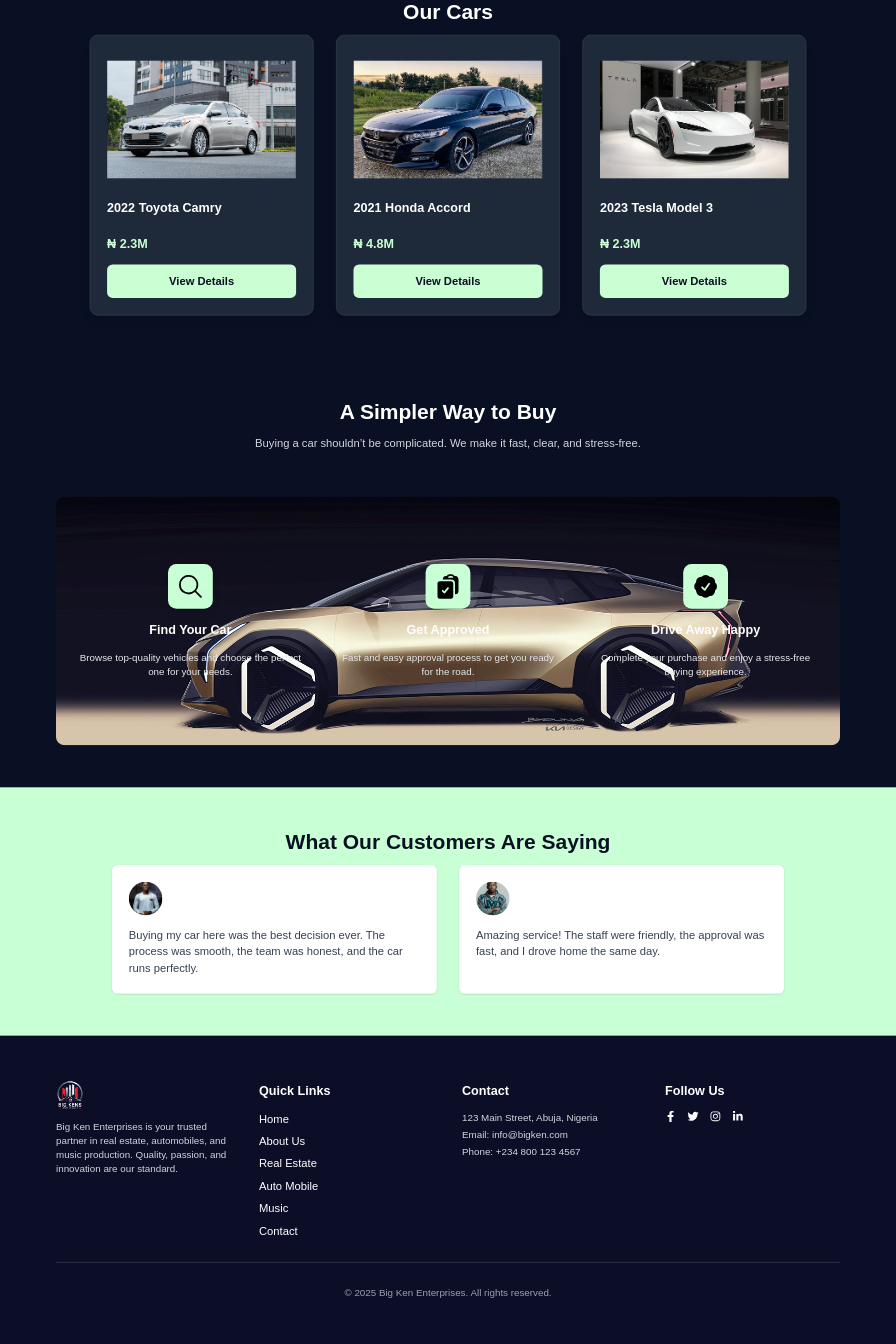
Repository: techvaro/Big-kens-realty-Frontend-react-
Page: /auto-mobile (app in big-kens-realty/)
The author's editor kept a copy of each file at every save. The page is drawn from the files as they stood at one save, then again after the next save.
The browser window is 1280 px wide. The pictures show the part of the page from y = 934 to 2854 px (the page is 2854 px tall), at 70% of full size.
The project was rebuilt for these pictures with package versions that can differ from the ones it lists, and the page was loaded fresh each time. Also part of the build but not shown: big-kens-realty/vite.config.js, big-kens-realty/src/components/Home/hero.jsx, big-kens-realty/src/components/Home/Services.jsx, big-kens-realty/src/components/Home/Stats.jsx, big-kens-realty/src/components/Home/About.jsx, big-kens-realty/src/components/Home/FeaturedProperties.jsx, big-kens-realty/src/components/Home/AutoMobileSale.jsx, big-kens-realty/src/components/Home/RecentProductions.jsx and 11 more.

Above is the page before, as saved 2025-12-10 18:58:24.

### big-kens-realty/index.html
<!doctype html>
<html lang="en">
  <head>
    <meta charset="UTF-8" />
    <link rel="icon" type="image/svg+xml" href="/vite.svg" />
    <meta name="viewport" content="width=device-width, initial-scale=1.0" />
    <title>big-kens-realty</title>
  </head>
  <body>
    <div id="root"></div>
    <script type="module" src="/src/main.jsx"></script>
  </body>
</html>

### big-kens-realty/src/index.css
@import "tailwindcss";

body {
  margin: 0;
  font-family: Arial, sans-serif;
  background-color: #0c0e28;
  color: white;
}

section {
  padding: 60px 80px;
}

h1, h2, h3 {
  margin: 0 0 15px 0;
}

.btn {
  background: #b5ffcb;
  color: #000;
  padding: 12px 25px;
  border-radius: 5px;
  border: none;
  font-weight: bold;
  cursor: pointer;
}

.btn1{
  background: #b5ffcb;
  color: #000;
  height: 30px;
  width: 80px;
  border: none;
  font-weight: bold;
  cursor: pointer;
  border-radius: 5px;
}

.card {
  background: #1b1e49;
  padding: 15px;
  border-radius: 8px;
}

nav img {
  width: auto !important;
}

### big-kens-realty/src/router/AppRouter.jsx
import { BrowserRouter, Routes, Route } from "react-router-dom";
import Home from "../Pages/Home";
import About from "../Pages/About";
import RealEstate from "../Pages/realestate";
import AutoMobile from "../Pages/Car";

// Placeholder components for routes that don't exist yet
// const About = () => <div>About Page</div>;
const Music = () => <div>Music Page</div>;
const Contact = () => <div>Contact Page</div>;

export default function AppRouter() {
  return (
    <BrowserRouter>
      <Routes>
        <Route path="/" element={<Home />} />
        <Route path="/about" element={<About />} />
        <Route path="/real-estate" element={<RealEstate />} />
        <Route path="/auto-mobile" element={<AutoMobile />} />
        <Route path="/music" element={<Music />} />
        <Route path="/contact" element={<Contact />} />
      </Routes>
    </BrowserRouter>
  );
}

### big-kens-realty/src/Pages/Car.jsx
import Navbar from "../components/Navbar/Navbar";
import Footer from "../components/Footer/Footer";
import Hero from "../components/Car/Hero";
import Cars from "../components/Car/cars";
import Buy from "../components/Car/buy";
import Testimony from "../components/Car/Testimony";


export default function Home() {
  return (
    <>
      <Navbar />

      <Hero />

      <Cars />

      <Buy />

      <Testimony />

      <Footer />
    </>
  );
}

### big-kens-realty/src/components/Navbar/Navbar.jsx
import { Link } from "react-router-dom";
import { useState } from "react";
import logo from "../../assets/image/logo.png";
import {
    Bars3Icon,
    HomeIcon,
    InformationCircleIcon,
    BuildingOfficeIcon,
    WrenchIcon,
    MusicalNoteIcon,
    PhoneIcon,
    XMarkIcon,
} from "@heroicons/react/24/outline";

export default function Navbar() {
  const [isMobileMenuOpen, setIsMobileMenuOpen] = useState(false);

  return (
    <div className="w-full relative">

        <nav className="hidden lg:flex items-center justify-between px-20 py-5 bg-[#0c0e28] sticky top-0 z-50">
            <span className="inline-flex items-center justify-left gap-2">
                <img src={logo} className="h-[40px] w-[40px] object-contain" alt="Big Ken Enterprises Logo" />
                <span className="text-xl font-bold text-white whitespace-nowrap">Big Ken Enterprises</span>
            </span>

            <div className="flex gap-6">
                <Link to="/" className="text-white hover:text-gray-300 transition">
                    Home
                </Link>

                <Link to="/about" className="text-white hover:text-gray-300 transition">
                    About Us
                </Link>

                <Link
                to="/real-estate"
                className="text-white hover:text-gray-300 transition"
                >
                Real Estate
                </Link>

                <Link
                to="/auto-mobile"
                className="text-white hover:text-gray-300 transition"
                >
                Auto Mobile
                </Link>

                <Link to="/music" className="text-white hover:text-gray-300 transition">
                Musicals
                </Link>
            </div>

            <button className="bg-[#b5ffcb] text-black px-6 py-3 rounded-md font-bold hover:bg-[#9ae6af] transition">
                Sign In
            </button>
        </nav>

        <nav className="flex lg:hidden items-center justify-between px-10 py-5 bg-[#0c0e28] sticky top-0 z-50">
            <span className="flex items-center justify-center gap-5">
                <img src={logo} className="h-[40px] w-[40px] object-contain" alt="Big Ken Enterprises Logo" />
                <span className="text-1xl font-bold text-white whitespace-normal">Big Ken Enterprises</span>
            </span>

            <span className="flex items-center justify-between gap-5">

                {/* Menu Icon */}
                <button
                  className="text-white"
                  onClick={() => setIsMobileMenuOpen(!isMobileMenuOpen)}
                >
                  {isMobileMenuOpen ? (
                    <XMarkIcon className="h-8 w-8 text-white cursor-pointer" />
                  ) : (
                    <Bars3Icon className="h-8 w-8 text-white cursor-pointer" />
                  )}
                </button>
            </span>
        </nav>

        {/* Mobile Menu */}
        <div
          className={`fixed top-16 left-0 w-full bg-[#0c0e28] z-40 transition-all duration-300 ease-in-out lg:hidden ${
            isMobileMenuOpen
              ? 'opacity-100 translate-y-0 pointer-events-auto'
              : 'opacity-0 -translate-y-10 pointer-events-none'
          }`}
        >
          <div className="flex flex-col items-center justify-center gap-5 p-5">
            <Link
              to="/"
              className="flex items-center gap-2 text-white hover:text-gray-300 transition w-full py-2 justify-center"
              onClick={() => setIsMobileMenuOpen(false)}
            >
              <HomeIcon className="h-5 w-5 text-white" /> Home
            </Link>

            <Link
              to="/about"
              className="flex items-center gap-2 text-white hover:text-gray-300 transition w-full py-2 justify-center"
              onClick={() => setIsMobileMenuOpen(false)}
            >
              <InformationCircleIcon className="h-5 w-5 text-white" /> About Us
            </Link>

            <Link
              to="/real-estate"
              className="flex items-center gap-2 text-white hover:text-gray-300 transition w-full py-2 justify-center"
              onClick={() => setIsMobileMenuOpen(false)}
            >
              <BuildingOfficeIcon className="h-5 w-5 text-white" /> Real Estate
            </Link>

            <Link
              to="/auto-mobile"
              className="flex items-center gap-2 text-white hover:text-gray-300 transition w-full py-2 justify-center"
              onClick={() => setIsMobileMenuOpen(false)}
            >
              <WrenchIcon className="h-5 w-5 text-white" /> Auto Mobile
            </Link>

            <Link
              to="/music"
              className="flex items-center gap-2 text-white hover:text-gray-300 transition w-full py-2 justify-center"
              onClick={() => setIsMobileMenuOpen(false)}
            >
              <MusicalNoteIcon className="h-5 w-5 text-white" /> Musicals
            </Link>

            <Link
              to="/contact"
              className="flex items-center gap-2 text-white hover:text-gray-300 transition w-full py-2 justify-center"
              onClick={() => setIsMobileMenuOpen(false)}
            >
              <PhoneIcon className="h-5 w-5 text-white" /> Contact
            </Link>
            <button className="bg-[#b5ffcb] text-black px-6 py-3 rounded-md font-bold hover:bg-[#9ae6af] transition w-full">
                Sign In
            </button>
          </div>
        </div>

    </div>

  );
}

### big-kens-realty/src/components/Footer/Footer.jsx
import { FaFacebookF, FaTwitter, FaInstagram, FaLinkedinIn } from "react-icons/fa";
import logo from "../../assets/image/logo.png";

export default function Footer() {
  return (
    <footer className="bg-[#0c0e28] text-white py-16 px-5 md:px-20">

      {/* Top section */}
      <div className="grid grid-cols-1 sm:grid-cols-2 lg:grid-cols-4 gap-10">

        {/* Logo & description */}
        <div>
          <img src={logo} alt="Big Ken Enterprises Logo" className="h-10 w-10 object-contain" />
          <p className="mt-4 text-gray-300 text-sm">
            Big Ken Enterprises is your trusted partner in real estate, automobiles, and music production. Quality, passion, and innovation are our standard.
          </p>
        </div>

        {/* Quick Links */}
        <div>
          <h3 className="font-bold text-lg mb-3">Quick Links</h3>
          <ul className="space-y-2">
            <li><a href="/" className="hover:text-[#76ffa8] transition">Home</a></li>
            <li><a href="/about" className="hover:text-[#76ffa8] transition">About Us</a></li>
            <li><a href="/real-estate" className="hover:text-[#76ffa8] transition">Real Estate</a></li>
            <li><a href="/auto-mobile" className="hover:text-[#76ffa8] transition">Auto Mobile</a></li>
            <li><a href="/music" className="hover:text-[#76ffa8] transition">Music</a></li>
            <li><a href="/contact" className="hover:text-[#76ffa8] transition">Contact</a></li>
          </ul>
        </div>

        {/* Contact */}
        <div>
          <h3 className="font-bold text-lg mb-3">Contact</h3>
          <p className="text-gray-300 text-sm">123 Main Street, Abuja, Nigeria</p>
          <p className="text-gray-300 text-sm mt-1">Email: info@bigken.com</p>
          <p className="text-gray-300 text-sm mt-1">Phone: +234 800 123 4567</p>
        </div>

        {/* Social Media */}
        <div>
          <h3 className="font-bold text-lg mb-3">Follow Us</h3>
          <div className="flex gap-4">
            <a href="#" className="text-white hover:text-[#76ffa8] transition"><FaFacebookF /></a>
            <a href="#" className="text-white hover:text-[#76ffa8] transition"><FaTwitter /></a>
            <a href="#" className="text-white hover:text-[#76ffa8] transition"><FaInstagram /></a>
            <a href="#" className="text-white hover:text-[#76ffa8] transition"><FaLinkedinIn /></a>
          </div>
        </div>
      </div>

      {/* Divider */}
      <hr className="my-8 border-gray-700" />

      {/* Bottom section */}
      <p className="text-center text-gray-400 text-sm">
        &copy; {new Date().getFullYear()} Big Ken Enterprises. All rights reserved.
      </p>
    </footer>
  );
}

### big-kens-realty/src/components/Car/Hero.jsx
import { useState } from 'react';
import carbg from "../../assets/car/carbg.png";

export default function HeroSearchSection() {
  const [searchData, setSearchData] = useState({
    model: '',
    carType: 'all',
    minPrice: '0',
    maxPrice: '50'
  });

  const handleInputChange = (e) => {
    const { name, value } = e.target;
    setSearchData(prev => ({
      ...prev,
      [name]: value
    }));
  };

  const handleSubmit = (e) => {
    e.preventDefault();
    // Here you would typically send the search data to your backend or filter cars
    console.log('Search submitted:', searchData);
    alert(`Searching for: ${searchData.model || 'any model'} | Type: ${searchData.carType} | Price: ${searchData.minPrice}m - ${searchData.maxPrice}m`);
  };

  return (
    <section className="relative bg-[#0A1023] pb-16">
      {/* Hero Image with enhanced overlay */}
      <div className="relative overflow-hidden">
        <img
          src={carbg}
          className="w-full h-[500px] object-cover opacity-80"
          alt="Luxury cars background"
        />
        {/* Gradient overlay for better visual appeal */}
        <div className="absolute inset-0 bg-gradient-to-t from-[#0A1023]/80 via-[#0A1023]/40 to-transparent"></div>
        <div className="absolute bottom-0 left-0 right-0 h-20 bg-gradient-to-t from-[#0A1023] to-transparent"></div>
      </div>

      {/* Enhanced Search Box */}
      <div className="bg-white w-11/12 md:w-4/5 mx-auto mt-[-40px] p-6 rounded-xl shadow-2xl z-10 relative">
        <div className="text-center mb-4">
          <h2 className="text-xl font-bold text-gray-800">Find Your Dream Car</h2>
          <p className="text-gray-600 text-sm">Discover the perfect vehicle that matches your needs</p>
        </div>

        <form onSubmit={handleSubmit} className="grid md:grid-cols-5 gap-6 items-end">
          {/* Search Model */}
          <div className="space-y-2">
            <label className="text-sm font-semibold text-gray-700 block">Search Model</label>
            <div className="relative">
              <input
                type="text"
                name="model"
                placeholder="e.g Toyota"
                value={searchData.model}
                onChange={handleInputChange}
                className="w-full border border-gray-300 px-4 py-3 rounded-lg focus:outline-none focus:ring-2 focus:ring-blue-500 focus:border-blue-500 transition-all duration-300 pl-12 text-[#0A1023]"
              />
              <div className="absolute left-4 top-1/2 transform -translate-y-1/2 text-gray-400">
                <svg xmlns="http://www.w3.org/2000/svg" className="h-5 w-5" fill="none" viewBox="0 0 24 24" stroke="currentColor">
                  <path strokeLinecap="round" strokeLinejoin="round" strokeWidth={2} d="M21 21l-6-6m2-5a7 7 0 11-14 0 7 7 0 0114 0z" />
                </svg>
              </div>
            </div>
          </div>

          {/* Car Type */}
          <div className="space-y-2">
            <label className="text-sm font-semibold text-gray-700 block">Car Type</label>
            <div className="relative">
              <select
                name="carType"
                value={searchData.carType}
                onChange={handleInputChange}
                className="w-full border border-gray-300 px-4 py-3 rounded-lg focus:outline-none focus:ring-2 focus:ring-blue-500 focus:border-blue-500 transition-all duration-300 appearance-none bg-white text-[#0A1023]"
              >
                <option value="all" className="text-gray-800">All Types</option>
                <option value="belgium" className="text-gray-800">Belgium</option>
                <option value="tokunbo" className="text-gray-800">Tokunbo</option>
                <option value="brand_new" className="text-gray-800">Brand New</option>
              </select>
              <div className="absolute right-3 top-1/2 transform -translate-y-1/2 text-gray-400 pointer-events-none">
                <svg xmlns="http://www.w3.org/2000/svg" className="h-5 w-5" fill="none" viewBox="0 0 24 24" stroke="currentColor">
                  <path strokeLinecap="round" strokeLinejoin="round" strokeWidth={2} d="M19 9l-7 7-7-7" />
                </svg>
              </div>
            </div>
          </div>

          {/* Min Price */}
          <div className="space-y-2">
            <label className="text-sm font-semibold text-gray-700 block">Min Price</label>
            <div className="relative">
              <input
                type="number"
                name="minPrice"
                min="0"
                max={searchData.maxPrice}
                value={searchData.minPrice}
                onChange={handleInputChange}
                className="w-full border border-gray-300 px-4 py-3 rounded-lg focus:outline-none focus:ring-2 focus:ring-blue-500 focus:border-blue-500 transition-all duration-300 pl-10 text-[#0A1023]"
              />
              <div className="absolute left-3 top-1/2 transform -translate-y-1/2 text-gray-400">
                <span>₦</span>
              </div>
            </div>
          </div>

          {/* Max Price */}
          <div className="space-y-2">
            <label className="text-sm font-semibold text-gray-700 block">Max Price</label>
            <div className="relative">
              <input
                type="number"
                name="maxPrice"
                min={searchData.minPrice}
                max="50"
                value={searchData.maxPrice}
                onChange={handleInputChange}
                className="w-full border border-gray-300 px-4 py-3 rounded-lg focus:outline-none focus:ring-2 focus:ring-blue-500 focus:border-blue-500 transition-all duration-300 pl-10 text-[#0A1023]"
              />
              <div className="absolute left-3 top-1/2 transform -translate-y-1/2 text-gray-400">
                <span>₦</span>
              </div>
            </div>
          </div>

          {/* Search Button */}
          <div className="pb-1">
            <button
              type="submit"
              className="w-full bg-[#0A1023] text-white py-3 rounded-lg font-semibold shadow-md hover:shadow-lg transition-all duration-300"
            >
              Search
            </button>
          </div>
        </form>
      </div>
    </section>
  );
}

### big-kens-realty/src/components/Car/cars.jsx
import car1 from "../../assets/car/car1.png";
import car2 from "../../assets/car/car2.png";
import car3 from "../../assets/car/car3.png";


export default function Cars() {
  const cars = [
    {
      name: "2022 Toyota Camry",
      price: "₦ 2.3M",
      img: car1,
    },
    {
      name: "2021 Honda Accord",
      price: "₦ 4.8M",
      img: car2,
    },
    {
      name: "2023 Tesla Model 3",
      price: "₦ 2.3M",
      img: car3,
    },
  ];

  return (
    <section className="py-16 bg-[#0A1023] text-white">
      <h2 className="text-3xl text-center font-bold mb-12 text-white">Our Cars</h2>

      <div className="grid md:grid-cols-3 gap-8 px-6 md:px-12">
        {cars.map((car, i) => (
          <div key={i} className="bg-gray-800 p-6 rounded-xl shadow-lg border border-gray-700 flex flex-col">
            <img src={car.img} className="w-full h-48 object-contain rounded-lg mb-4" alt={car.name} />
            <h3 className="font-bold text-white text-lg">{car.name}</h3>
            <p className="text-lg font-bold text-[#CAFFD3] mt-2">{car.price}</p>
            <div className="mt-auto pt-4">
              <button className="bg-[#CAFFD3] text-[#0A1023] px-6 py-3 rounded-lg w-full font-semibold hover:bg-[#b0e0c9] transition-colors duration-300">
                View Details
              </button>
            </div>
          </div>
        ))}
      </div>
    </section>
  );
}

### big-kens-realty/src/components/Car/buy.jsx
import car4 from "../../assets/car/car4.png";

import {
  MagnifyingGlassIcon,
  ClipboardDocumentCheckIcon,
  CheckBadgeIcon,
} from "@heroicons/react/24/solid";

export default function SimpleBuySection() {
  const steps = [
    {
      icon: <MagnifyingGlassIcon className="w-10 h-10 text-black" />,
      title: "Find Your Car",
      desc: "Browse top-quality vehicles and choose the perfect one for your needs.",
    },
    {
      icon: <ClipboardDocumentCheckIcon className="w-10 h-10 text-black" />,
      title: "Get Approved",
      desc: "Fast and easy approval process to get you ready for the road.",
    },
    {
      icon: <CheckBadgeIcon className="w-10 h-10 text-black" />,
      title: "Drive Away Happy",
      desc: "Complete your purchase and enjoy a stress-free buying experience.",
    },
  ];

  return (
    <section className="py-20 bg-[#0A1023] text-white text-center">
      <h2 className="text-3xl font-bold mb-2">A Simpler Way to Buy</h2>
      <p className="text-gray-300 mb-16 max-w-2xl mx-auto">
        Buying a car shouldn’t be complicated. We make it fast, clear, and
        stress-free.
      </p>

      {/* Background Section */}
      <div
        className="relative w-full bg-cover bg-center bg-no-repeat rounded-xl py-24 px-6"
        style={{ backgroundImage: `url(${car4})` }}
      >
        <div className="grid md:grid-cols-3 gap-8 text-center">
          {steps.map((step, i) => (
            <div key={i}>
              {/* Icon Box */}
              <div className="bg-[#C8FFD4] w-16 h-16 rounded-xl flex items-center justify-center mx-auto mb-4 shadow-lg">
                {step.icon}
              </div>

              <h3 className="font-bold text-lg">{step.title}</h3>

              <p className="text-gray-200 text-sm mt-2 max-w-xs mx-auto">
                {step.desc}
              </p>
            </div>
          ))}
        </div>
      </div>
    </section>
  );
}

### big-kens-realty/src/components/Car/Testimony.jsx
import person1 from "../../assets/car/person1.jpg";
import person2 from "../../assets/car/person2.jpg";

export default function TestimonialSection() {
  const testimonials = [
    {
      name: "Godswill A.",
      image: person1,
      message:
        "Buying my car here was the best decision ever. The process was smooth, the team was honest, and the car runs perfectly.",
    },
    {
      name: "Sarah O.",
      image: person2,
      message:
        "Amazing service! The staff were friendly, the approval was fast, and I drove home the same day.",
    },
  ];

  return (
    <section className="py-20 bg-[#C8FFD4]">
      <h2 className="text-3xl font-bold text-center mb-12 text-[#0A1023]">
        What Our Customers Are Saying
      </h2>

      <div className="grid md:grid-cols-2 gap-8 px-6 md:px-20">
        {testimonials.map((t, i) => (
          <div key={i} className="bg-white rounded-lg p-6 shadow">
            <div className="flex items-center gap-4 mb-4">
              {/* Image (same rounded look) */}
              <img
                src={t.image}
                alt={t.name}
                className="w-12 h-12 rounded-full object-cover"
              />

              <h3 className="font-bold">{t.name}</h3>
            </div>

            <p className="text-gray-700">{t.message}</p>
          </div>
        ))}
      </div>
    </section>
  );
}

Loaded but not shown: big-kens-realty/src/main.jsx (common file); big-kens-realty/src/App.jsx (common file)

After the next save:
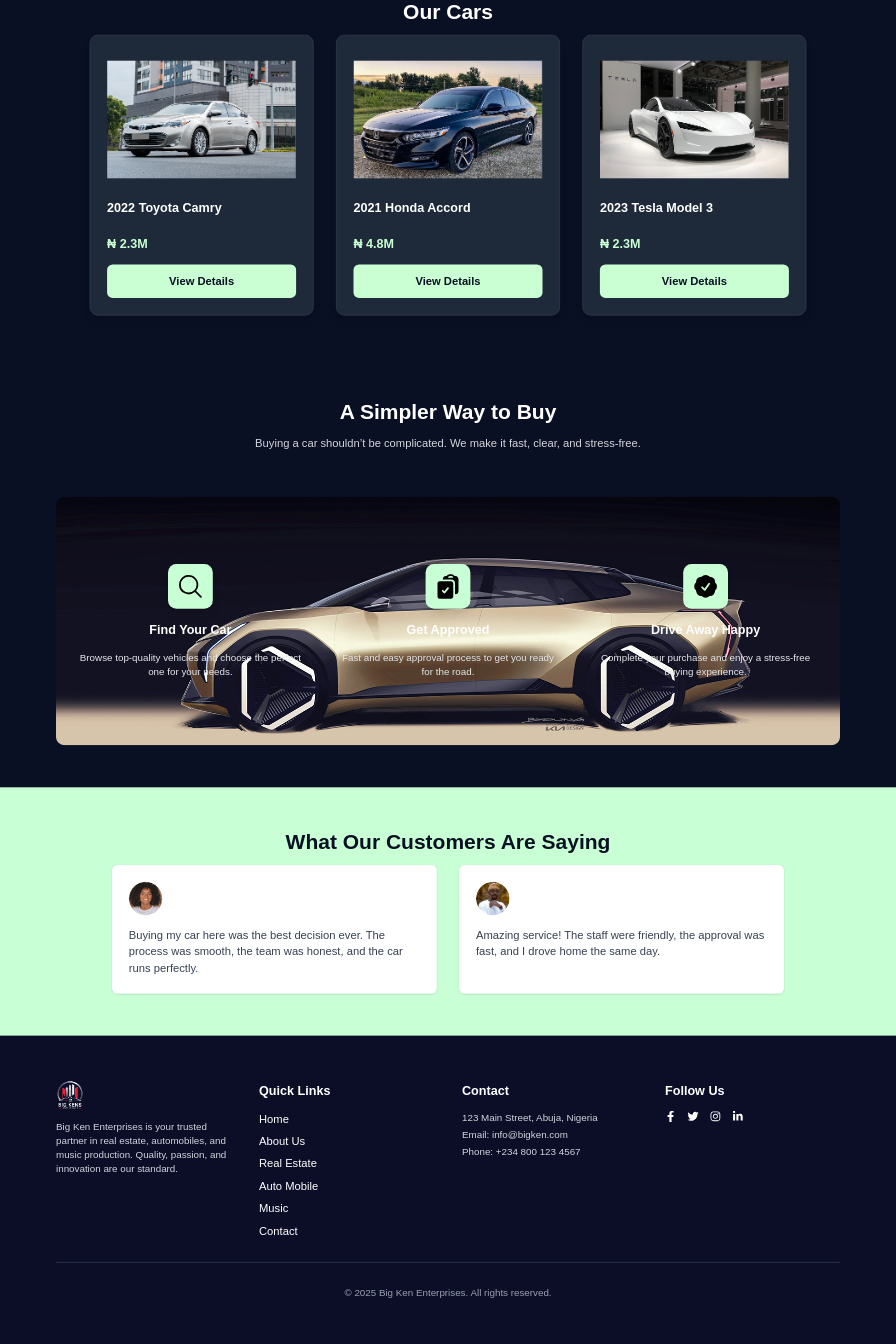
Saved 13 s later.
--- a/big-kens-realty/src/components/Car/Testimony.jsx
+++ b/big-kens-realty/src/components/Car/Testimony.jsx
@@ -1,5 +1,5 @@
-import person1 from "../../assets/car/person1.jpg";
-import person2 from "../../assets/car/person2.jpg";
+import person1 from "../../assets/car/person1.png";
+import person2 from "../../assets/car/person2.png";
 
 export default function TestimonialSection() {
   const testimonials = [
